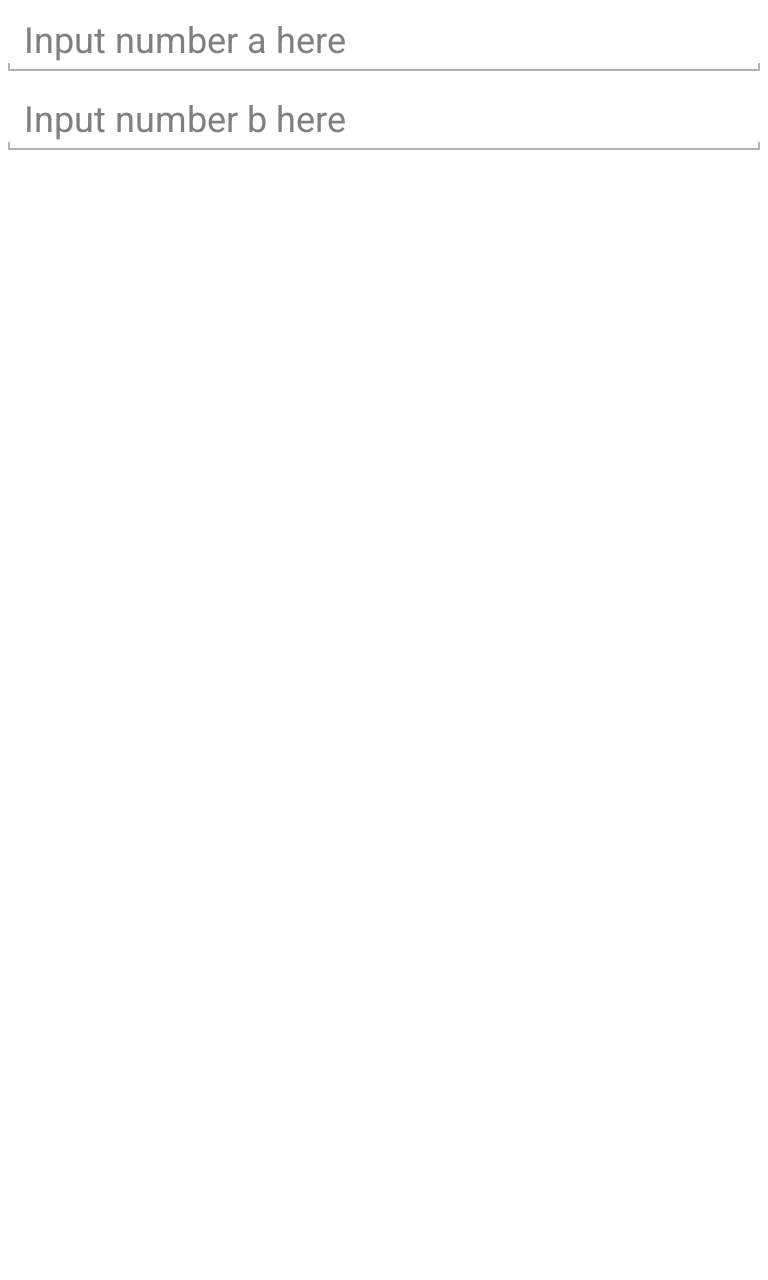
Repository: LightWay152/Lesson2_If_Switch
Layout: Min2Number/res/layout/activity_main.xml
The author's editor kept a copy of each file at every save. The layout is drawn from the files as they stood at one save, then again after the next save.
It is drawn on a 768 x 1280 px phone screen (xhdpi) without system bars, with theme AppTheme; the app's code is not run.

Above is the layout before, as saved 2017-01-01 13:02:17.

### Min2Number/res/layout/activity_main.xml
<LinearLayout xmlns:android="http://schemas.android.com/apk/res/android"
    xmlns:tools="http://schemas.android.com/tools"
    android:layout_width="match_parent"
    android:layout_height="match_parent"
    android:orientation="vertical"
    tools:context="${relativePackage}.${activityClass}" >

    <EditText
        android:id="@+id/edtNumberA"
        android:layout_width="match_parent"
        android:layout_height="wrap_content"
        android:hint="@string/input_number_a"/>
    <EditText
        android:id="@+id/edtNumberB"
        android:layout_width="match_parent"
        android:layout_height="wrap_content"
        android:hint="@string/input_number_b"/>
</LinearLayout>

### Min2Number/res/values/strings.xml
<?xml version="1.0" encoding="utf-8"?>
<resources>

    <string name="app_name">Min 2 Number</string>
    <string name="hello_world">Hello world!</string>
    <string name="input_number_a">Input number a here</string>
    <string name="input_number_b">Input number b here</string>

</resources>

Loaded but not shown: Min2Number/res/values/styles.xml (common file); Min2Number/res/values-v11/styles.xml (common file); Min2Number/res/values-v14/styles.xml (common file)

After the next save:
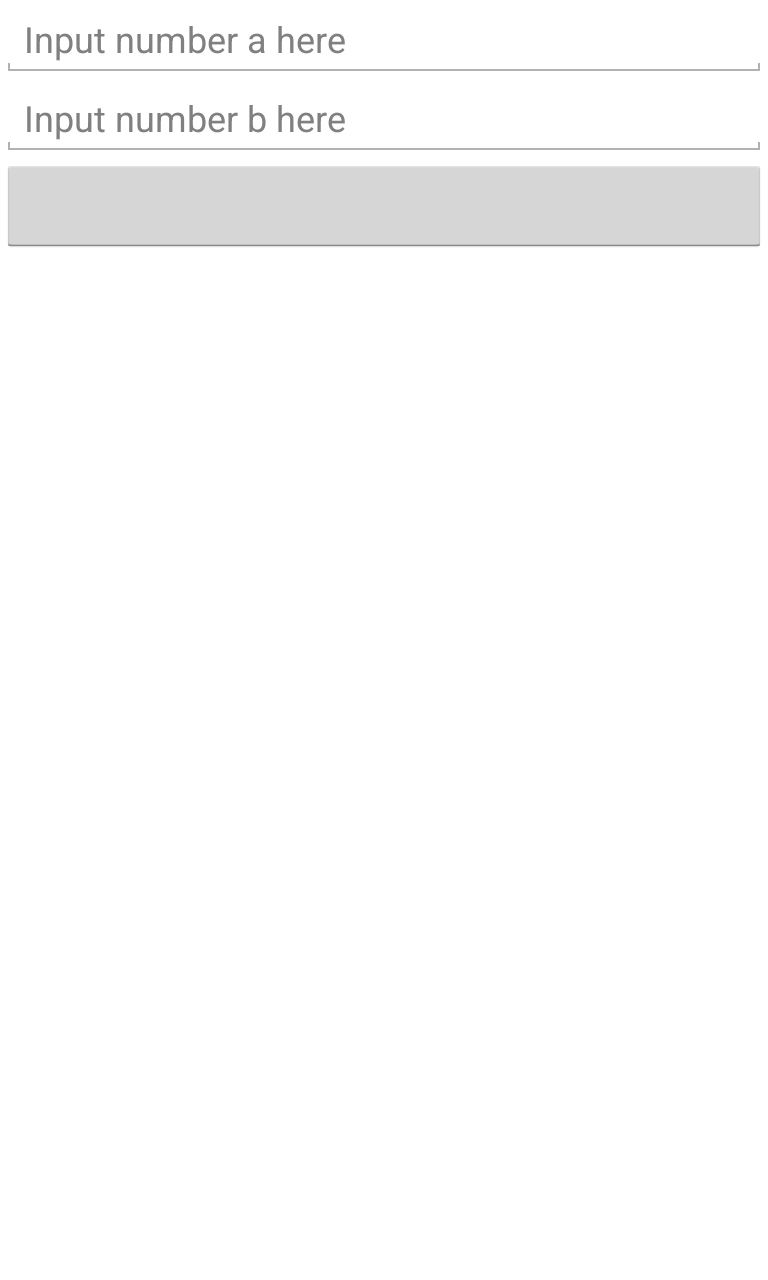
Saved 37 s later.
--- a/Min2Number/res/layout/activity_main.xml
+++ b/Min2Number/res/layout/activity_main.xml
@@ -15,4 +15,7 @@
         android:layout_width="match_parent"
         android:layout_height="wrap_content"
         android:hint="@string/input_number_b"/>
+    <Button
+        android:layout_width="match_parent"
+        android:layout_height="wrap_content"/>
 </LinearLayout>
